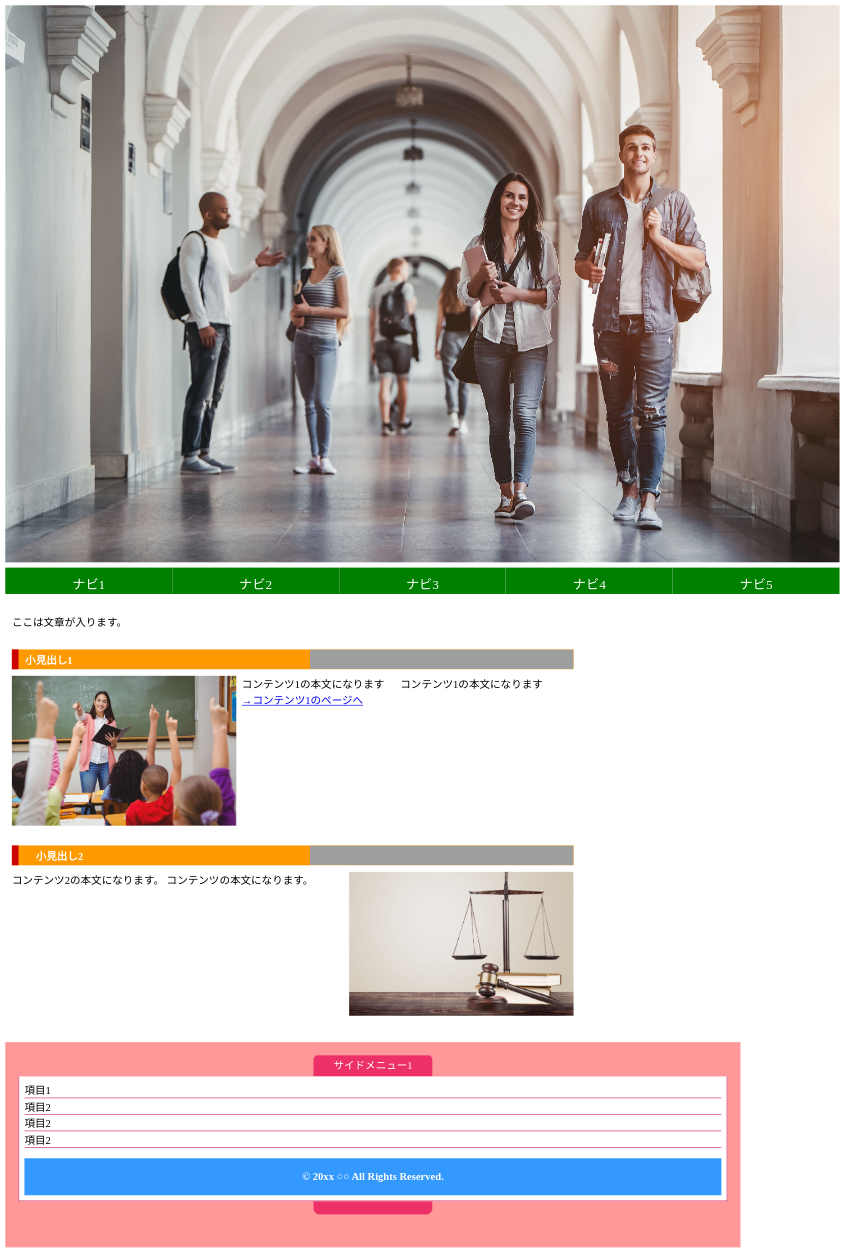
Repository: katsuya-ohkubo/samurai.-HTML-CSS
Page: home.html
The author's editor kept a record of every edit. The page is drawn from the files as they stood at one moment, then again after the next edit.
The browser window is 1280 px wide. The pictures show the whole page, at 66% of full size.
Pictures or frames that could not be fetched are drawn as grey boxes.

Above is the page before.

After the next edit:
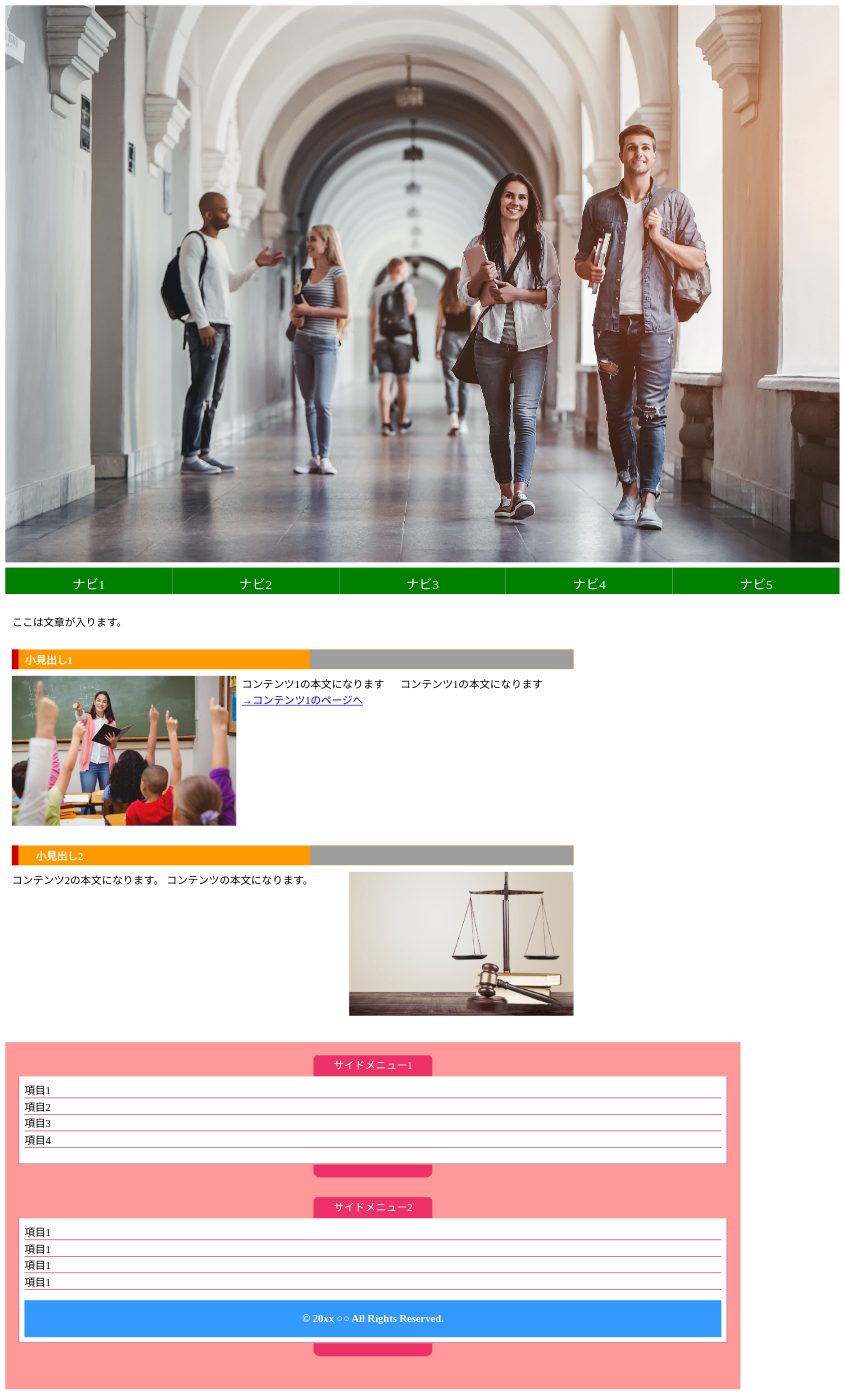
The edit:
--- a/home.html
+++ b/home.html
@@ -48,8 +48,19 @@
         <ul>
          <li>項目1</li>
          <li>項目2</li>
-         <li>項目2</li>
-         <li>項目2</li>
+         <li>項目3</li>
+         <li>項目4</li>
+        </ul>
+       </div>
+      </div>
+      <div class="box">
+       <h2>サイドメニュー2</h2>
+       <div class="boxbody">
+        <ul>
+         <li>項目1</li>
+          <li>項目1</li>
+                   <li>項目1</li>
+                            <li>項目1</li>
         </ul>
     <div id="footer">
      <p>&copy; 20xx ○○ All Rights Reserved.</p>
